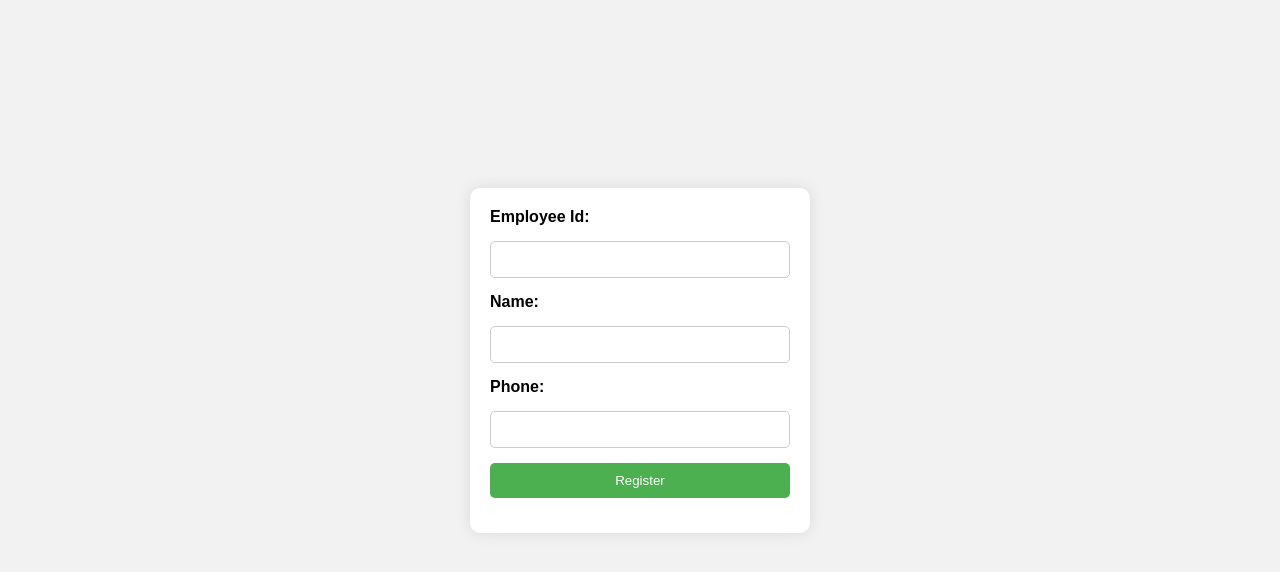
Repository: Akshay1416/Spring_MVC-Hiberneat-Project
Page: http://localhost/employee-mvc/register.jsp
These files come from the project's save history. The page is drawn as it stood at one moment and after the next save; the edit follows.
The browser window is 1280 px wide. The pictures show the whole page.
The page is served by Tomcat 9.

Above is the page before, as saved 2024-10-15 14:09:23.

After the next save:
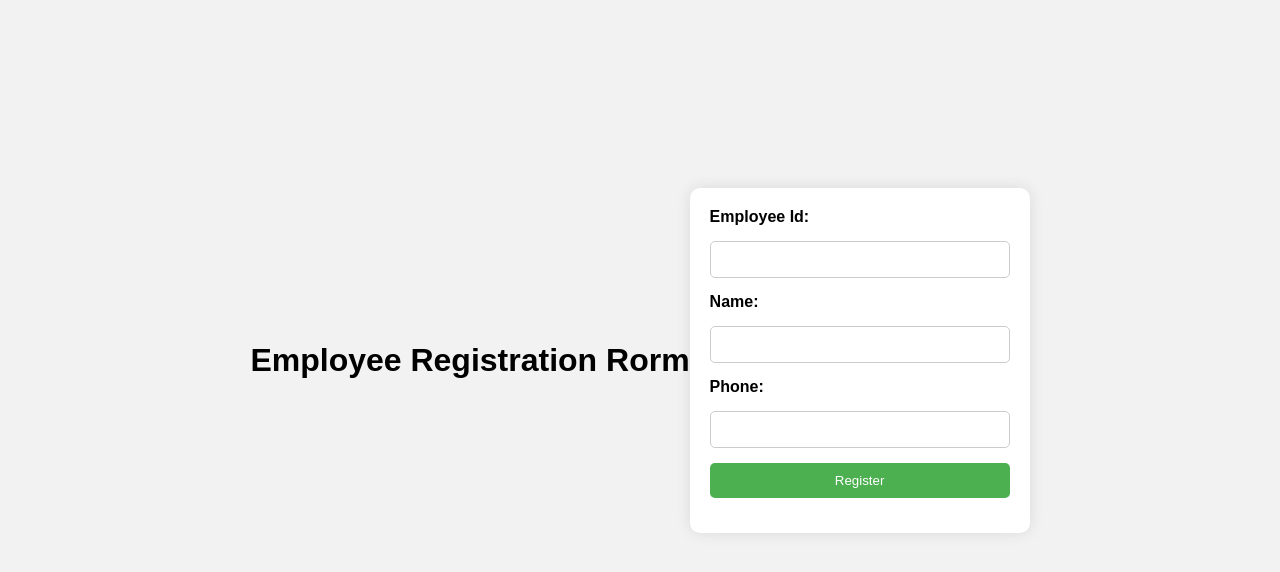
Saved 101 s later.
--- a/employee-mvc/src/main/webapp/register.jsp
+++ b/employee-mvc/src/main/webapp/register.jsp
@@ -56,6 +56,7 @@
     </style>
 </head>
 <body>
+<h1>Employee Registration Rorm</h1>
 	<form action="reg">
         <label for="id">Employee Id:</label>
         <input type="text" id="id" name="id">
